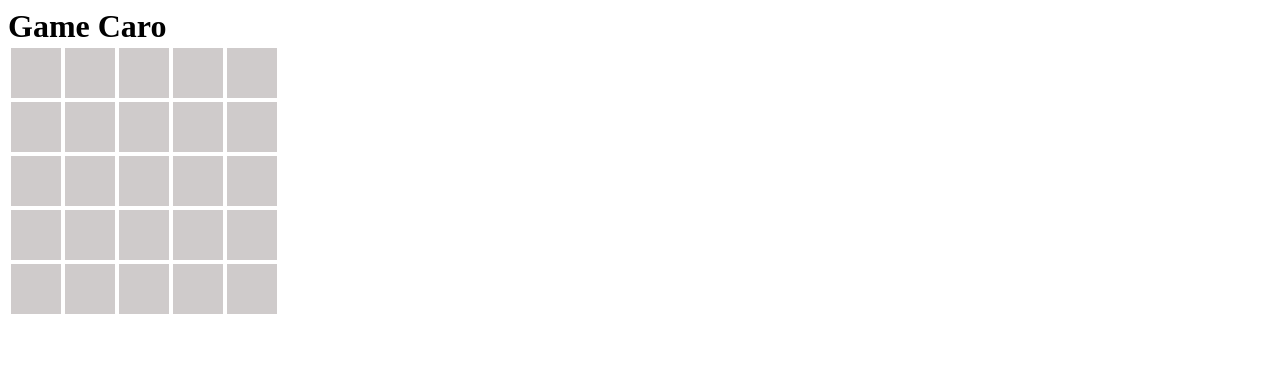
Repository: tungts3qb/BTCodeGym
Page: CaroGame/index.html
The author's editor kept a copy of each file at every save. The page is drawn from the files as they stood at one save, then again after the next save.
The browser window is 1280 px wide. The pictures show the whole page.

Above is the page before, as saved 2023-02-16 00:38:30.

After the next save:
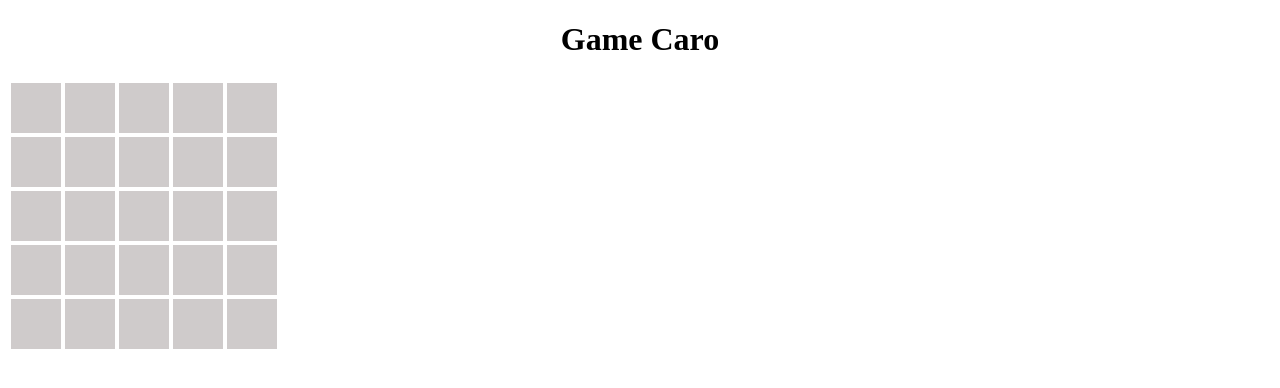
Saved 56 s later.
--- a/CaroGame/style.css
+++ b/CaroGame/style.css
@@ -26,5 +26,5 @@
 }
 
 .game-title h1 {
-  margin: 0 auto;
+  text-align: center;
 }
